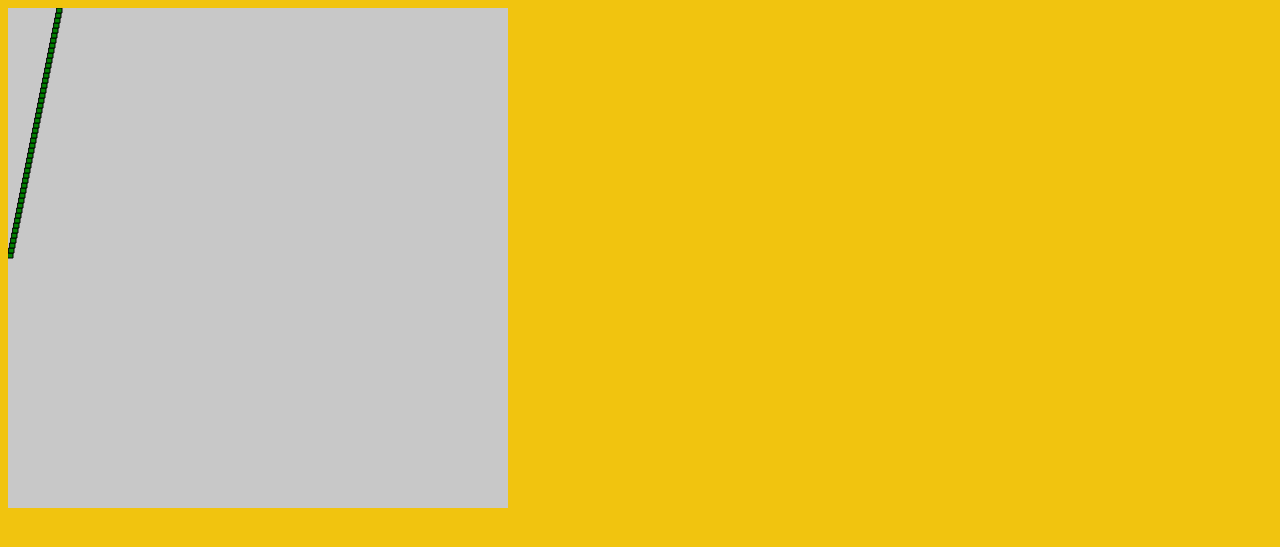
Repository: animarcus/graphing-app
Page: index.html
The author's editor kept a copy of each file at every save. The page is drawn from the files as they stood at one save, then again after the next save.
The browser window is 1280 px wide. The pictures show the whole page.
Some web libraries are served in a nearby version.

Above is the page before, as saved 2020-09-21 22:57:33.

After the next save:
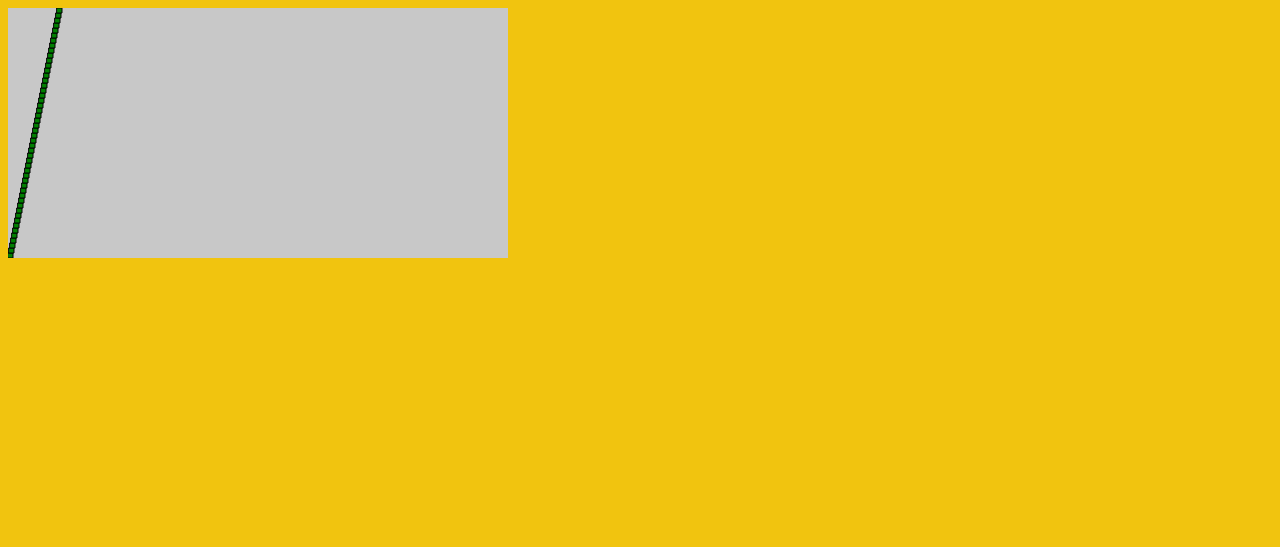
Saved 4 s later.
--- a/js/sketch.js
+++ b/js/sketch.js
@@ -1,5 +1,5 @@
 function setup() {
-  createCanvas(500,500);
+  createCanvas(500,250);
 }
 let images = [];
 for (let i = 0; i < 500; i = i + 10) {
